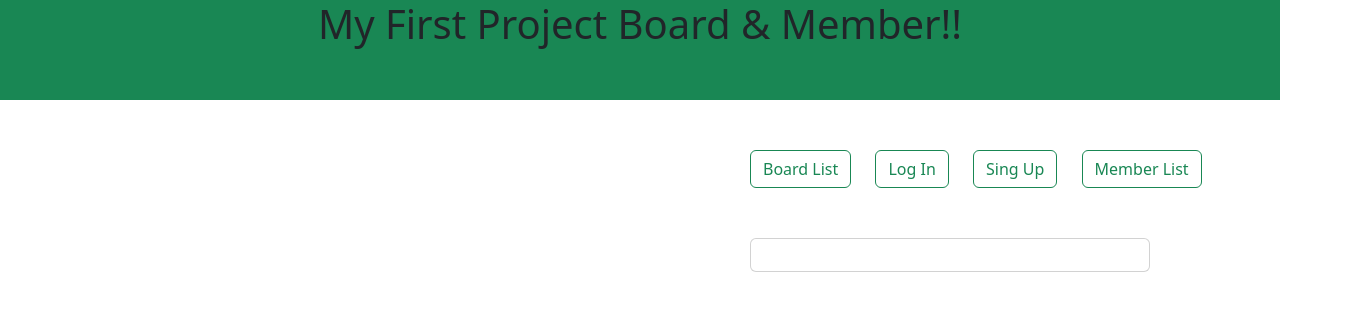
Repository: Raneechoi/java2022_09_03
Page: http://localhost/Project/mem/login_auth
An editor plug-in stored every save of this project. The page is shown before and after the next save, followed by the edit.
The browser window is 1280 px wide. The page is 1350 px wide, so the pictures cover 1350 px, including what lies to the right of the window. The pictures show the whole page.
The page is served by Tomcat 9. Other server files are loaded and not shown. Queries for data that is not in the repository find no rows.

Above is the page before, as saved 2022-12-08 06:14:59.

### JSP_Board&Member/Project/src/main/webapp/index.jsp
<%@ page language="java" contentType="text/html; charset=UTF-8"
    pageEncoding="UTF-8"%>
<%@ taglib uri="http://java.sun.com/jsp/jstl/core" prefix="c" %>
<!DOCTYPE html>
<html>
<head>
<meta charset="UTF-8">
<title>Insert title here</title>
<!-- CSS only -->
<link href="https://cdn.jsdelivr.net/npm/bootstrap@5.2.2/dist/css/bootstrap.min.css" rel="stylesheet" integrity="sha384-Zenh87qX5JnK2Jl0vWa8Ck2rdkQ2Bzep5IDxbcnCeuOxjzrPF/et3URy9Bv1WTRi" crossorigin="anonymous">
<!-- JavaScript Bundle with Popper -->
<script src="https://cdn.jsdelivr.net/npm/bootstrap@5.2.2/dist/js/bootstrap.bundle.min.js" integrity="sha384-OERcA2EqjJCMA+/3y+gxIOqMEjwtxJY7qPCqsdltbNJuaOe923+mo//f6V8Qbsw3" crossorigin="anonymous"></script>
</head>
<body>
<div style="height: 100px; background-color: #198754;">
	<h1 style="text-align: center;">My First Project Board & Member!!</h1>
</div>

<div style="width: 600px; display:inline-block; margin-left: 750px; margin-top: 50px;">
		<a href="/bor/pageList" style="margin-right: 20px"><button class="btn btn-outline-success">Board List</button></a>
		<a href="/mem/login" style="margin-right: 20px"><button class="btn btn-outline-success">Log In</button></a>
		<a href="/mem/join" style="margin-right: 20px"><button class="btn btn-outline-success">Sing Up</button></a>
		<a href="/mem/list" ><button class="btn btn-outline-success">Member List</button></a>
</div>

<div class="card" style="width: 400px; display:inline-flex; margin-left: 750px; margin-top: 50px; ">
	 <div class="card-body" style="text-align: center;">
		<c:if test="${ses.email ne null && ses.email ne '' }">
			${ses.email } login 하였습니다. <br>
			계정생성일 : ${ses.reg_at } <br>
			마지막 접속 : ${ses.last_login } <br>
			<a href="/mem/modify?email=${ses.email }"><button type="button" class="btn btn-success" style="margin-top: 20px">회원정보 수정</button></a>
			<a href="/mem/logout?email=${ses.email }"><button type="button" class="btn btn-secondary" style="margin-top: 20px">로그아웃</button></a><br>
		</c:if>

		<c:if test="${ses.email ne null && ses.email ne '' }">
			<a href="/bor/register" ><button class="btn btn-success" style="margin-top: 20px">Board Register</button></a>
			<a href="/bor/list"><button class="btn btn-success" style="margin-top: 20px">My Board List</button></a><br>
		</c:if>
	</div>
</div>

<div style="margin-left: 900px; margin-top: 50px; ">
	<c:if test="${ses.email ne null && ses.email ne '' }">
		<a href="/mem/remove?email=${ses.email }"><button class="btn btn-outline-secondary">회원탈퇴</button></a>
	</c:if>
</div>
</body>
</html>

### JSP_Board&Member/Project/src/main/java/controller/MemberController.java
package controller;

import java.io.IOException;
import java.util.List;

import javax.servlet.RequestDispatcher;
import javax.servlet.ServletException;
import javax.servlet.annotation.WebServlet;
import javax.servlet.http.HttpServlet;
import javax.servlet.http.HttpServletRequest;
import javax.servlet.http.HttpServletResponse;
import javax.servlet.http.HttpSession;

import org.slf4j.Logger;
import org.slf4j.LoggerFactory;

import domain.MemberVO;
import service.MemberService;
import service.MemberServiceImpl;


@WebServlet("/mem/*")
public class MemberController extends HttpServlet {
	private static final long serialVersionUID = 1L;
	private static final Logger log = LoggerFactory.getLogger(MemberController.class);
    private RequestDispatcher rdp;
    private String destPage; //목적지 주소 기록 변수
    private int isOK;

    private MemberService msv; // interface로 생성 - service패키지에

    public MemberController() {
    	msv = new MemberServiceImpl();
    }

	protected void service(HttpServletRequest req, HttpServletResponse res) throws ServletException, IOException {
		req.setCharacterEncoding("utf-8");
		res.setCharacterEncoding("utf-8");
		res.setContentType("text/html; charset=utf-8");

		String uri = req.getRequestURI();
		String path = uri.substring(uri.lastIndexOf("/")+1);

		log.info(">>> URI > "+uri);
		log.info(">>> Path > "+path);
		switch (path) {
		case "login":
			destPage = "/member/login.jsp";
			break;

		case "login_auth":
			try {
				MemberVO mvo = msv.login(
						new MemberVO(
								req.getParameter("email"),
								req.getParameter("pwd")
								));
				log.info("login 객체 input");
				if(mvo != null) {
					//세션 가져오기. 연결된 세션이 없다면 새로 생성
					HttpSession ses = req.getSession();
					//ses로 mvo를 바인딩
					ses.setAttribute("ses", mvo);
					ses.setMaxInactiveInterval(10*60);  // 로그인 유지시간(10분)
				}else {
					req.setAttribute("msg_login", 0);
				}
				destPage="/";

			} catch (Exception e) {
				// TODO: handle exception
				e.printStackTrace();
			}
			break;

		case "join":
			try {
				destPage = "/member/join.jsp";
			} catch (Exception e) {
				e.printStackTrace();
			}
			break;

		case "register":
			isOK = msv.register(new MemberVO(
					req.getParameter("email"),
					req.getParameter("pwd"),
					req.getParameter("nick_name")
					));
			log.info(">>> join > "+(isOK > 0 ?"ok" :"fail"));
			destPage="login";
			break;

		case "logout":
			// 연결된 세션이 있다면 해당 세션을 가져오기
			try {
				HttpSession ses = req.getSession();
				ses.invalidate();  // 세션 끊기
				// 로그인된 email을 주고 로그인 시간 update
				isOK = msv.lastLogin(req.getParameter("email"));
				log.info(">>> lastLogin > "+(isOK > 0 ?"ok" :"fail"));
				destPage="/index.jsp";
			} catch (Exception e) {
				e.printStackTrace();
			}
			break;

		case "list":
			try {
				List<MemberVO> list = msv.getlist();
				req.setAttribute("list", list);
				destPage="/member/list.jsp";
			} catch (Exception e) {
				e.printStackTrace();
			}
			break;

		case "modify":
			try {
				log.info("modify check 1");
				MemberVO mvo = msv.selectOne(req.getParameter("email"));
				req.setAttribute("mvo", mvo);

				log.info("modify check 2");
				destPage = "/member/update.jsp";
			} catch (Exception e) {
				e.printStackTrace();
			}
			break;

		case "update":
			try {
				MemberVO mvo = new MemberVO(req.getParameter("email"), req.getParameter("pwd"), req.getParameter("nick_name"));
				int isOk = msv.update(mvo);
				destPage = "/";
			} catch (Exception e) {
				e.printStackTrace();
			}
			break;

		case "remove":
			try {
				HttpSession ses = req.getSession();
				ses.invalidate();  // 세션 끊기
				// 로그인된 email을 주고 로그인 시간 update
				isOK = msv.remove(req.getParameter("email"));
				log.info(">>> remove > "+(isOK > 0 ?"ok" :"fail"));
				destPage="/";

			} catch (Exception e) {
				e.printStackTrace();
			}
			break;

		default:
			break;
		}
		// 목적지 주소 값 세팅
		rdp = req.getRequestDispatcher(destPage);
		// 정보 싣고 보내기
		rdp.forward(req, res);
	}

	protected void doGet(HttpServletRequest req, HttpServletResponse res) throws ServletException, IOException {
		service(req, res);
	}

	protected void doPost(HttpServletRequest req, HttpServletResponse res) throws ServletException, IOException {
		service(req, res);
	}
}

### JSP_Board&Member/Project/src/main/java/service/MemberServiceImpl.java
package service;

import java.util.List;

import org.slf4j.Logger;
import org.slf4j.LoggerFactory;

import controller.MemberController;
import domain.MemberVO;
import repository.MemberDAO;
import repository.MemberDAOImpl;

public class MemberServiceImpl implements MemberService {

	private MemberDAO mdao;
	private static final Logger log = LoggerFactory.getLogger(MemberController.class);

	public MemberServiceImpl() {
		mdao = new MemberDAOImpl();
	}

	@Override
	public MemberVO login(MemberVO mvo) {
		log.info("login check 2");
		return mdao.selectOne(mvo);
	}

	@Override
	public int register(MemberVO mvo) {
		log.info("register check 2");
		return mdao.insert(mvo);
	}

	@Override
	public int lastLogin(String email) {
		log.info("lastLogin check 2");
		return mdao.update(email);
	}

	@Override
	public List<MemberVO> getlist() {
		log.info("list check 2");
		return mdao.listall();
	}

	@Override
	public int modify(MemberVO mvo) {
		log.info("modify check 2");
		return mdao.update(mvo);
	}

	@Override
	public MemberVO selectOne(String email) {
		// TODO Auto-generated method stub
		return mdao.selectOne(email);
	}

	@Override
	public int update(MemberVO mvo) {
		// TODO Auto-generated method stub
		return mdao.update(mvo);
	}

	@Override
	public int remove(String email) {
		// TODO Auto-generated method stub
		return mdao.remove(email);
	}
}

### JSP_Board&Member/Project/src/main/java/repository/MemberDAO.java
package repository;

import java.util.List;

import domain.MemberVO;

public interface MemberDAO {

	MemberVO selectOne(MemberVO mvo);

	int insert(MemberVO mvo);

	int update(String email);

	List<MemberVO> listall();

	int update(MemberVO mvo);

	MemberVO selectOne(String email);

	int remove(String email);

}

### JSP_Board&Member/Project/src/main/java/repository/MemberDAOImpl.java
package repository;

import java.util.List;

import org.apache.ibatis.session.SqlSession;
import org.slf4j.Logger;
import org.slf4j.LoggerFactory;

import domain.MemberVO;
import orm.DatabaseBuilder;

public class MemberDAOImpl implements MemberDAO {

	private static final Logger log = LoggerFactory.getLogger(MemberDAOImpl.class);
	private SqlSession sql;
	private final String NS = "MemberMapper.";

	public MemberDAOImpl() {
		new DatabaseBuilder();
		sql = DatabaseBuilder.getFactory().openSession();
	}

	@Override
	public MemberVO selectOne(MemberVO mvo) {
		log.info("login check 3");
		return sql.selectOne(NS+"login",mvo);
	}

	@Override
	public int insert(MemberVO mvo) {
		log.info("join check 3");
		int isOK = sql.insert(NS+"reg",mvo);
		if(isOK > 0) {
			sql.commit();
		}
		return isOK;
	}

	@Override
	public int update(String email) {
		log.info("lastLogin check 3");
		int isOK = sql.update(NS+"last", email);
		if(isOK > 0) sql.commit();
		return isOK;
	}

	@Override
	public List<MemberVO> listall() {
		log.info("list check 3");
		return sql.selectList(NS+"list");
	}

	@Override
	public int update(MemberVO mvo) {
		log.info("modify check 3");
		int isOK = sql.update(NS+"modify",mvo);
		if(isOK > 0) sql.commit();
		return isOK;
	}

	@Override
	public MemberVO selectOne(String email) {
		// TODO Auto-generated method stub
		return sql.selectOne(NS+"getOne", email);
	}

	@Override
	public int remove(String email) {
		// TODO Auto-generated method stub
		int isOK = sql.delete(NS+"remove",email);
		if(isOK > 0) sql.commit();
		return isOK;
	}

}

### JSP_Board&Member/Project/src/main/java/orm/DatabaseBuilder.java
package orm;

import org.apache.ibatis.io.Resources;
import org.apache.ibatis.session.SqlSessionFactory;
import org.apache.ibatis.session.SqlSessionFactoryBuilder;

public class DatabaseBuilder {

	private static SqlSessionFactory factory;

	static {
		try {
			factory = new SqlSessionFactoryBuilder()
					.build(Resources.getResourceAsReader("orm/MybatisConfig.xml"));
		} catch (Exception e) {
			e.printStackTrace();
		}
	}

	public static SqlSessionFactory getFactory() {
		return factory;
	}

}

### JSP_Board&Member/Project/src/main/java/domain/MemberVO.java
package domain;

public class MemberVO {

	private String email;
	private String pwd;
	private String nick_name;
	private String reg_at;
	private String last_login;

	public MemberVO() {}

	//login : email, pwd
	public  MemberVO(String email, String pwd) {
		this.email = email;
		this.pwd = pwd;
	}

	// join,modify : email, pwd, nick_name
	public MemberVO(String email, String pwd, String nick_name) {
		this.email = email;
		this.pwd = pwd;
		this.nick_name = nick_name;
	}

	// list : all
	public MemberVO(String email, String pwd, String nick_name, String reg_at, String last_login) {
		this.email = email;
		this.pwd = pwd;
		this.nick_name = nick_name;
		this.reg_at = reg_at;
		this.reg_at = last_login;
	}

	public String getEmail() {
		return email;
	}

	public void setEmail(String email) {
		this.email = email;
	}

	public String getPwd() {
		return pwd;
	}

	public void setPwd(String pwd) {
		this.pwd = pwd;
	}

	public String getNick_name() {
		return nick_name;
	}

	public void setNick_name(String nick_name) {
		this.nick_name = nick_name;
	}

	public String getReg_at() {
		return reg_at;
	}

	public void setReg_at(String reg_at) {
		this.reg_at = reg_at;
	}

	public String getLast_login() {
		return last_login;
	}

	public void setLast_login(String last_login) {
		this.last_login = last_login;
	}

}

### JSP_Board&Member/Project/src/main/java/domain/BoardVO.java
package domain;

public class BoardVO {

	private int bno;
	private String title;
	private String writer;
	private String content;
	private String reg_date;
	private int read_count;
	private String image_file;

	public BoardVO() {}

	// insert(title, writer, content)
	public BoardVO(String title, String writer, String content) {
		this.title = title;
		this.writer = writer;
		this.content = content;
	}

	// list(bno, title, writer, reg_date, read_count)
	public BoardVO(int bno, String title, String writer, String reg_date, int read_count) {
		this.bno = bno;
		this.title = title;
		this.writer = writer;
		this.reg_date = reg_date;
		this.read_count = read_count;
	}

	// detail (all)
	public BoardVO(int bno, String title, String writer, String content, String reg_date, int read_count, String image_file) {
		this.bno = bno;
		this.title = title;
		this.writer = writer;
		this.content = content;
		this.reg_date = reg_date;
		this.read_count = read_count;
		this.image_file = image_file;
	}

	// update(bno, title, content)
	public BoardVO(int bno, String title, String content) {
		this.bno = bno;
		this.title = title;
		this.content = content;
	}

	//(bno, read_count)
	public BoardVO(int bno, int read_count) {
		this.bno = bno;
		this.read_count = read_count;
	}

	public int getBno() {
		return bno;
	}

	public void setBno(int bno) {
		this.bno = bno;
	}

	public String getTitle() {
		return title;
	}

	public void setTitle(String title) {
		this.title = title;
	}

	public String getWriter() {
		return writer;
	}

	public void setWriter(String writer) {
		this.writer = writer;
	}

	public String getContent() {
		return content;
	}

	public void setContent(String content) {
		this.content = content;
	}

	public String getReg_date() {
		return reg_date;
	}

	public void setReg_date(String reg_date) {
		this.reg_date = reg_date;
	}

	public int getRead_count() {
		return read_count;
	}

	public void setRead_count(int read_count) {
		this.read_count = read_count;
	}

	public String getImage_file() {
		return image_file;
	}

	public void setImage_file(String image_file) {
		this.image_file = image_file;
	}

}

### JSP_Board&Member/Project/src/main/java/domain/PagingVO.java
package domain;

public class PagingVO {

	private int pageNo;  // 현재 화면에 출력되는 페이지네이션 번호
	private int qty;     // 한 페이지당 보여줄 게시글 수

	public PagingVO() {  // 페이지네이션을 클릭하기 전 기본 리스트 출력 값
		this(1,10);
	}

	public PagingVO(int pageNo, int qty) {
		this.pageNo = pageNo;
		this.qty = qty;
	}

	public int getPageStart() {
		return (this.pageNo-1)*qty;   // 시작페이지 번호 구하기
	}

	public int getPageNo() {
		return pageNo;
	}

	public void setPageNo(int pageNo) {
		this.pageNo = pageNo;
	}

	public int getQty() {
		return qty;
	}

	public void setQty(int qty) {
		this.qty = qty;
	}


}

### JSP_Board&Member/Project/src/main/java/domain/CommentVO.java
package domain;

public class CommentVO {

	private int cno;
	private int bno;
	private String writer;
	private String content;
	private String reg_at;

	public CommentVO() { }

	// post(bno, writer, content)
	public CommentVO(int bno, String writer, String content) {
		this.bno = bno;
		this.writer = writer;
		this.content = content;
	}

	// modify
	public CommentVO(int cno, String content) {
		this.cno = cno;
		this.content = content;
	}

	// list(bno, cno, writer, content, reg_at)
	public CommentVO(int cno, int bno, String writer, String content, String reg_at) {
		this.cno = cno;
		this.bno = bno;
		this.writer = writer;
		this.content = content;
		this.reg_at = reg_at;
	}

	public int getCno() {
		return cno;
	}

	public void setCno(int cno) {
		this.cno = cno;
	}

	public int getBno() {
		return bno;
	}

	public void setBno(int bno) {
		this.bno = bno;
	}

	public String getWriter() {
		return writer;
	}

	public void setWriter(String writer) {
		this.writer = writer;
	}

	public String getContent() {
		return content;
	}

	public void setContent(String content) {
		this.content = content;
	}

	public String getReg_at() {
		return reg_at;
	}

	public void setReg_at(String reg_at) {
		this.reg_at = reg_at;
	}


}

After the next save:
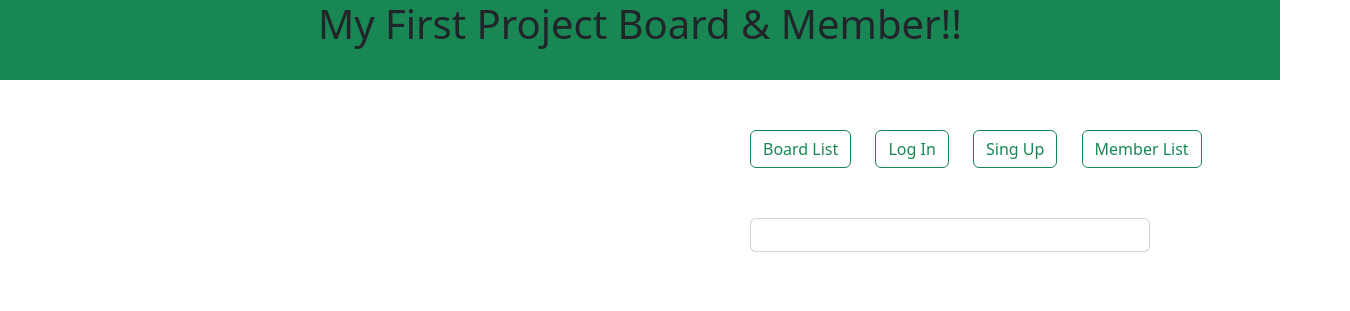
Saved 7 s later.
--- a/JSP_Board&Member/Project/src/main/webapp/index.jsp
+++ b/JSP_Board&Member/Project/src/main/webapp/index.jsp
@@ -12,7 +12,7 @@
 <script src="https://cdn.jsdelivr.net/npm/bootstrap@5.2.2/dist/js/bootstrap.bundle.min.js" integrity="sha384-OERcA2EqjJCMA+/3y+gxIOqMEjwtxJY7qPCqsdltbNJuaOe923+mo//f6V8Qbsw3" crossorigin="anonymous"></script>
 </head>
 <body>
-<div style="height: 100px; background-color: #198754;">
+<div style="height: 80px; background-color: #198754;">
 	<h1 style="text-align: center;">My First Project Board & Member!!</h1>
 </div>
 
